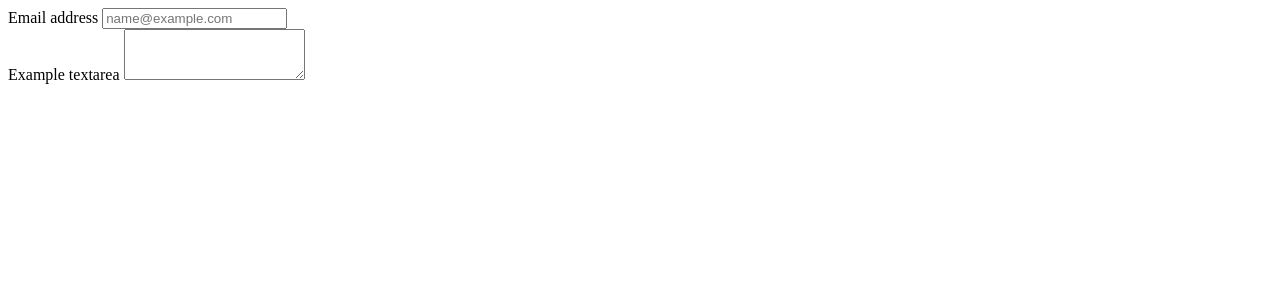
Repository: acciojob/bootstrap-form-easy-vandanayadav15
Page: main.html
These files come from the project's save history. The page is drawn as it stood at one moment and after the next save; the edit follows.
The browser window is 1280 px wide. The pictures show the whole page.

Above is the page before, as saved 2022-10-20 17:35:30.

After the next save:
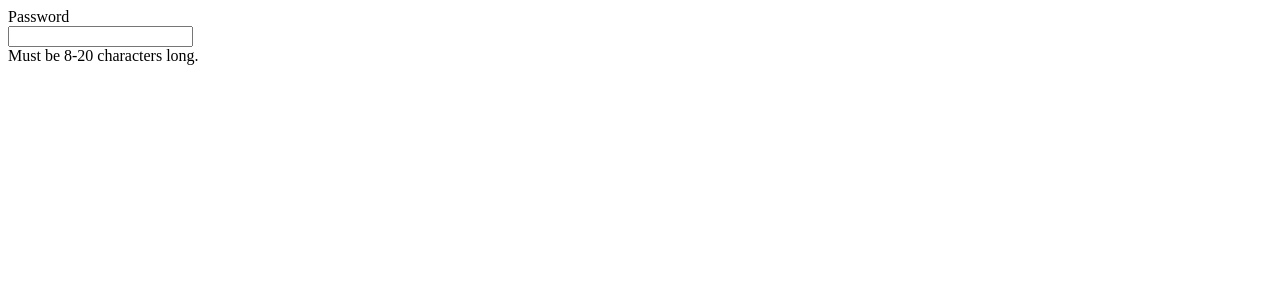
Saved 5 h 20 min later.
--- a/main.html
+++ b/main.html
@@ -8,13 +8,18 @@
 
 <body>
 	<!-- the entire body must be written by student -->
-	<div class="mb-3">
-		<label for="exampleFormControlInput1" class="form-label">Email address</label>
-		<input type="email" class="form-control" id="exampleFormControlInput1" placeholder="name@example.com">
-	</div>
-	<div class="mb-3">
-		<label for="exampleFormControlTextarea1" class="form-label">Example textarea</label>
-		<textarea class="form-control" id="exampleFormControlTextarea1" rows="3"></textarea>
+	<div class="row g-3 align-items-center">
+		<div class="col-auto">
+			<label for="inputPassword6" class="col-form-label">Password</label>
+		</div>
+		<div class="col-auto">
+			<input type="password" id="inputPassword6" class="form-control" aria-describedby="passwordHelpInline">
+		</div>
+		<div class="col-auto">
+			<span id="passwordHelpInline" class="form-text">
+				Must be 8-20 characters long.
+			</span>
+		</div>
 	</div>
     <script type="text/javascript" src="./script.js">
 </script>
